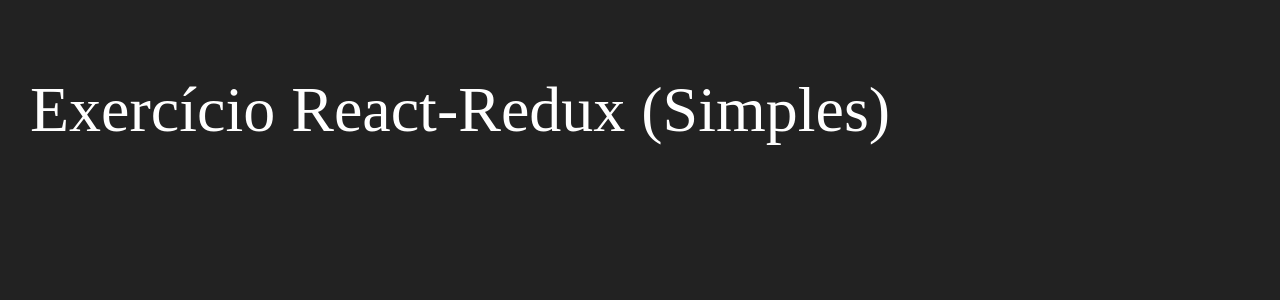
Repository: eversonps/redux-simples
Page: /
An editor plug-in stored every save of this project. The page is shown before and after the next save, followed by the edit.
The browser window is 1280 px wide. The pictures show the whole page.
The project was rebuilt for these pictures with package versions that can differ from the ones it lists, and the page was loaded fresh each time.

Above is the page before, as saved 2022-03-10 17:39:23.

### src/index.css
body{
  background-color: #222;
  font-size: 2rem;
  color: #fff;
  margin: 30px;
}

### src/App.js
import logo from './logo.svg';
import './App.css';
import Card from './components/Card';
function App() {
  return (
    <div className="App">
      <h1>Exercício React-Redux (Simples)</h1>
      <div className='linha'>
        <Card></Card>
        <Card></Card>
      </div>
    </div>
  );
}

export default App;

### src/App.css
.App{
  display: flex;
  flex-direction: column;
  align-items: stretch;
}

h1{
  font-weight: 200;
}

.linha{
  display: flex;
}

### src/components/Card.jsx
import "./Card.css"
import React from "react"

export default props => (
    <div className="Card">
        <div className="Header">
            <span className="Title">{props.title}</span>
        </div>
        <div className="Content">
            {props.children}
        </div>
    </div>
)

### src/components/Card.css
.Card{
    flex: 1;
    background-color: red;
}

Loaded but not shown: public/index.html (common file); src/index.js (common file); src/reportWebVitals.js (common file)

After the next save:
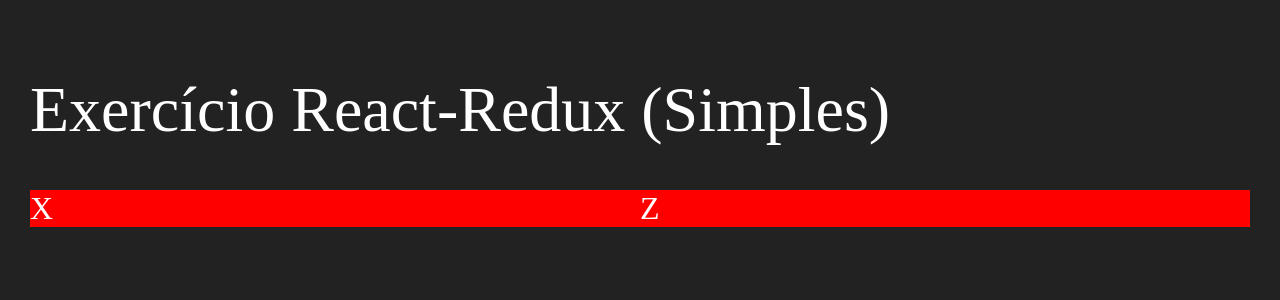
Saved 17 s later.
--- a/src/App.js
+++ b/src/App.js
@@ -6,8 +6,8 @@ function App() {
     <div className="App">
       <h1>Exercício React-Redux (Simples)</h1>
       <div className='linha'>
-        <Card></Card>
-        <Card></Card>
+        <Card>X</Card>
+        <Card>Z</Card>
       </div>
     </div>
   );
